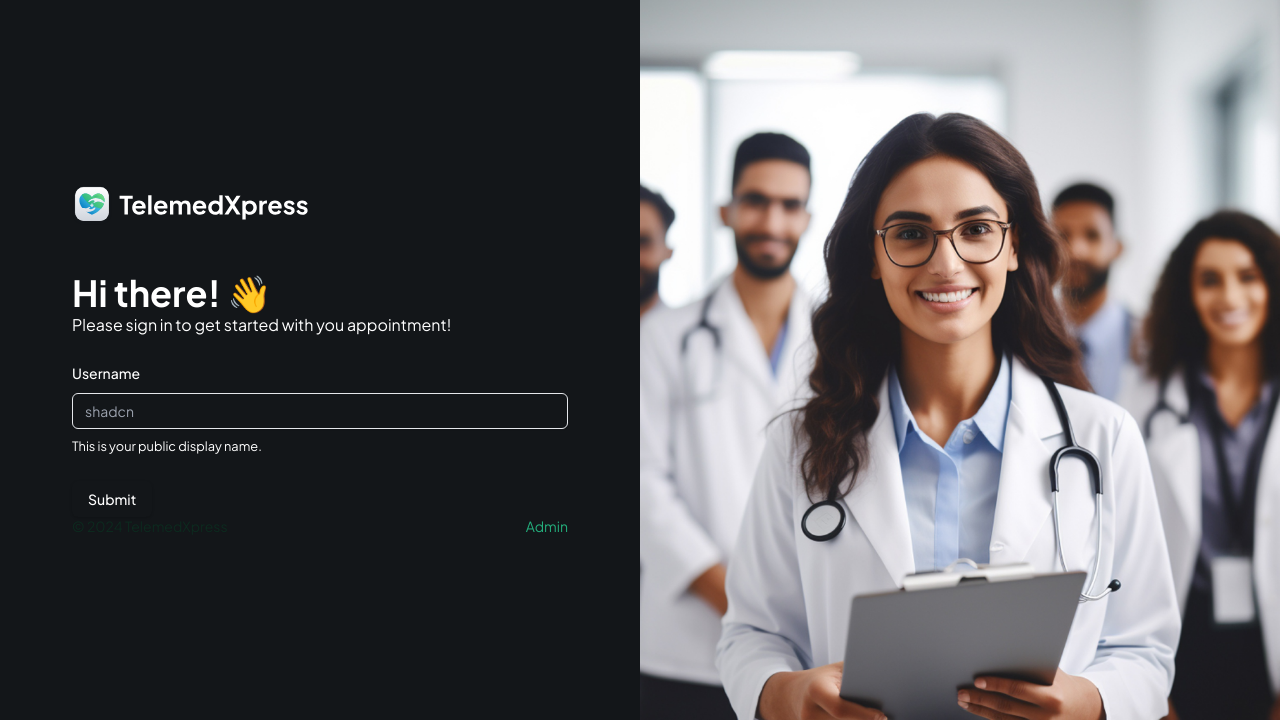
Repository: Carlito-Pedida/telemed
Page: /
The author's editor kept a copy of each file at every save. The page is drawn from the files as they stood at one save, then again after a run of saves.
The browser window is 1280 px wide. The pictures show the whole page.
The project was rebuilt for these pictures with package versions that can differ from the ones it lists, and the page was loaded fresh each time. The framework's server and built-in components were replaced by stand-ins that run in the browser. Also part of the build but not shown: next.config.mjs.

Above is the page before, as saved 2024-11-04 17:03:07.

### app/layout.tsx
import type { Metadata } from "next";
import { Plus_Jakarta_Sans } from "next/font/google";
import "./globals.css";
import { cn } from "@/lib/utils";
import { ThemeProvider } from "@/components/theme-provider";

const fontSans = Plus_Jakarta_Sans({
  subsets: ["latin"],
  weight: ["300", "400", "500", "600", "700"],
  variable: "--font-sans"
});

export const metadata: Metadata = {
  title: "TelemedXpress",
  description: "An Online Healthcare Resource"
};

export default function RootLayout({
  children
}: Readonly<{
  children: React.ReactNode;
}>) {
  return (
    <html lang="en">
      <body
        className={cn(
          "min-h-screen bg-dark-300 font-sans antialiased",
          fontSans.variable
        )}
      >
        <ThemeProvider
          attribute="class"
          defaultTheme="dark"
          enableSystem
          disableTransitionOnChange
        >
          {children}
        </ThemeProvider>
      </body>
    </html>
  );
}

### app/page.tsx
import PatientForm from "@/components/forms/PatientForm";
import Image from "next/image";
import Link from "next/link";

export default function Home() {
  return (
    <div className="flex h-screen max-h-screen">
      {/* {TODO: OTP Verification | PasskeyModal} */}
      <section className="remove-scrollbar container my-auto">
        <div className="sub-container max-w-[496px]">
          <Image
            src="/assets/icons/logo-full.svg"
            alt="patient"
            width={1000}
            height={1000}
            className="mb-12 h-10 w-fit"
          />

          <PatientForm />

          <div className="text-14-regular mt--20 flex justify-between">
            <p className="justify-items-end text-green-600 xl:text-left">
              © 2024 TelemedXpress
            </p>
            <Link href="/?admin=true" className="text-green-500">
              Admin
            </Link>
          </div>
        </div>
      </section>

      <Image
        src="/assets/images/onboarding-img.png"
        alt="patient"
        width={1000}
        height={1000}
        className="side-img max-w-[50%]"
      />
    </div>
  );
}

### lib/utils.ts
import { type ClassValue, clsx } from "clsx";
import { twMerge } from "tailwind-merge";

export function cn(...inputs: ClassValue[]) {
  return twMerge(clsx(inputs));
}

export const parseStringify = (value: any) => JSON.parse(JSON.stringify(value));

export const convertFileToUrl = (file: File) => URL.createObjectURL(file);

// FORMAT DATE TIME
export const formatDateTime = (dateString: Date | string) => {
  const dateTimeOptions: Intl.DateTimeFormatOptions = {
    // weekday: "short", // abbreviated weekday name (e.g., 'Mon')
    month: "short", // abbreviated month name (e.g., 'Oct')
    day: "numeric", // numeric day of the month (e.g., '25')
    year: "numeric", // numeric year (e.g., '2023')
    hour: "numeric", // numeric hour (e.g., '8')
    minute: "numeric", // numeric minute (e.g., '30')
    hour12: true // use 12-hour clock (true) or 24-hour clock (false)
  };

  const dateDayOptions: Intl.DateTimeFormatOptions = {
    weekday: "short", // abbreviated weekday name (e.g., 'Mon')
    year: "numeric", // numeric year (e.g., '2023')
    month: "2-digit", // abbreviated month name (e.g., 'Oct')
    day: "2-digit" // numeric day of the month (e.g., '25')
  };

  const dateOptions: Intl.DateTimeFormatOptions = {
    month: "short", // abbreviated month name (e.g., 'Oct')
    year: "numeric", // numeric year (e.g., '2023')
    day: "numeric" // numeric day of the month (e.g., '25')
  };

  const timeOptions: Intl.DateTimeFormatOptions = {
    hour: "numeric", // numeric hour (e.g., '8')
    minute: "numeric", // numeric minute (e.g., '30')
    hour12: true // use 12-hour clock (true) or 24-hour clock (false)
  };

  const formattedDateTime: string = new Date(dateString).toLocaleString(
    "en-US",
    dateTimeOptions
  );

  const formattedDateDay: string = new Date(dateString).toLocaleString(
    "en-US",
    dateDayOptions
  );

  const formattedDate: string = new Date(dateString).toLocaleString(
    "en-US",
    dateOptions
  );

  const formattedTime: string = new Date(dateString).toLocaleString(
    "en-US",
    timeOptions
  );

  return {
    dateTime: formattedDateTime,
    dateDay: formattedDateDay,
    dateOnly: formattedDate,
    timeOnly: formattedTime
  };
};

export function encryptKey(passkey: string) {
  return btoa(passkey);
}

export function decryptKey(passkey: string) {
  return atob(passkey);
}

### components/forms/PatientForm.tsx
"use client";

import { zodResolver } from "@hookform/resolvers/zod";
import { useForm } from "react-hook-form";
import { z } from "zod";

import { Button } from "@/components/ui/button";
import {
  Form,
  FormControl,
  FormDescription,
  FormField,
  FormItem,
  FormLabel,
  FormMessage
} from "@/components/ui/form";
import { Input } from "@/components/ui/input";

const formSchema = z.object({
  username: z.string().min(2).max(50)
});

const PatientForm = () => {
  // 1. Define your form.
  const form = useForm<z.infer<typeof formSchema>>({
    resolver: zodResolver(formSchema),
    defaultValues: {
      username: ""
    }
  });

  // 2. Define a submit handler.
  function onSubmit(values: z.infer<typeof formSchema>) {
    // Do something with the form values.
    // ✅ This will be type-safe and validated.
    console.log(values);
  }
  return (
    <div>
      <Form {...form}>
        <form
          onSubmit={form.handleSubmit(onSubmit)}
          className="space-y-6 flex-1"
        >
          <section>
            <h1 className="header">Hi there! 👋 </h1>
            <p>Please sign in to get started with you appointment!</p>
          </section>
          <FormField
            control={form.control}
            name="username"
            render={({ field }) => (
              <FormItem>
                <FormLabel>Username</FormLabel>
                <FormControl>
                  <Input placeholder="shadcn" {...field} />
                </FormControl>
                <FormDescription>
                  This is your public display name.
                </FormDescription>
                <FormMessage />
              </FormItem>
            )}
          />
          <Button type="submit">Submit</Button>
        </form>
      </Form>
    </div>
  );
};

export default PatientForm;

### components/ui/button.tsx
import * as React from "react"
import { Slot } from "@radix-ui/react-slot"
import { cva, type VariantProps } from "class-variance-authority"

import { cn } from "@/lib/utils"

const buttonVariants = cva(
  "inline-flex items-center justify-center gap-2 whitespace-nowrap rounded-md text-sm font-medium ring-offset-background transition-colors focus-visible:outline-none focus-visible:ring-2 focus-visible:ring-ring focus-visible:ring-offset-2 disabled:pointer-events-none disabled:opacity-50 [&_svg]:pointer-events-none [&_svg]:size-4 [&_svg]:shrink-0",
  {
    variants: {
      variant: {
        default:
          "bg-primary text-primary-foreground shadow hover:bg-primary/90",
        destructive:
          "bg-destructive text-destructive-foreground shadow-sm hover:bg-destructive/90",
        outline:
          "border border-input bg-background shadow-sm hover:bg-accent hover:text-accent-foreground",
        secondary:
          "bg-secondary text-secondary-foreground shadow-sm hover:bg-secondary/80",
        ghost: "hover:bg-accent hover:text-accent-foreground",
        link: "text-primary underline-offset-4 hover:underline",
      },
      size: {
        default: "h-9 px-4 py-2",
        sm: "h-8 rounded-md px-3 text-xs",
        lg: "h-10 rounded-md px-8",
        icon: "h-9 w-9",
      },
    },
    defaultVariants: {
      variant: "default",
      size: "default",
    },
  }
)

export interface ButtonProps
  extends React.ButtonHTMLAttributes<HTMLButtonElement>,
    VariantProps<typeof buttonVariants> {
  asChild?: boolean
}

const Button = React.forwardRef<HTMLButtonElement, ButtonProps>(
  ({ className, variant, size, asChild = false, ...props }, ref) => {
    const Comp = asChild ? Slot : "button"
    return (
      <Comp
        className={cn(buttonVariants({ variant, size, className }))}
        ref={ref}
        {...props}
      />
    )
  }
)
Button.displayName = "Button"

export { Button, buttonVariants }

### components/ui/form.tsx
"use client"

import * as React from "react"
import * as LabelPrimitive from "@radix-ui/react-label"
import { Slot } from "@radix-ui/react-slot"
import {
  Controller,
  ControllerProps,
  FieldPath,
  FieldValues,
  FormProvider,
  useFormContext,
} from "react-hook-form"

import { cn } from "@/lib/utils"
import { Label } from "@/components/ui/label"

const Form = FormProvider

type FormFieldContextValue<
  TFieldValues extends FieldValues = FieldValues,
  TName extends FieldPath<TFieldValues> = FieldPath<TFieldValues>
> = {
  name: TName
}

const FormFieldContext = React.createContext<FormFieldContextValue>(
  {} as FormFieldContextValue
)

const FormField = <
  TFieldValues extends FieldValues = FieldValues,
  TName extends FieldPath<TFieldValues> = FieldPath<TFieldValues>
>({
  ...props
}: ControllerProps<TFieldValues, TName>) => {
  return (
    <FormFieldContext.Provider value={{ name: props.name }}>
      <Controller {...props} />
    </FormFieldContext.Provider>
  )
}

const useFormField = () => {
  const fieldContext = React.useContext(FormFieldContext)
  const itemContext = React.useContext(FormItemContext)
  const { getFieldState, formState } = useFormContext()

  const fieldState = getFieldState(fieldContext.name, formState)

  if (!fieldContext) {
    throw new Error("useFormField should be used within <FormField>")
  }

  const { id } = itemContext

  return {
    id,
    name: fieldContext.name,
    formItemId: `${id}-form-item`,
    formDescriptionId: `${id}-form-item-description`,
    formMessageId: `${id}-form-item-message`,
    ...fieldState,
  }
}

type FormItemContextValue = {
  id: string
}

const FormItemContext = React.createContext<FormItemContextValue>(
  {} as FormItemContextValue
)

const FormItem = React.forwardRef<
  HTMLDivElement,
  React.HTMLAttributes<HTMLDivElement>
>(({ className, ...props }, ref) => {
  const id = React.useId()

  return (
    <FormItemContext.Provider value={{ id }}>
      <div ref={ref} className={cn("space-y-2", className)} {...props} />
    </FormItemContext.Provider>
  )
})
FormItem.displayName = "FormItem"

const FormLabel = React.forwardRef<
  React.ElementRef<typeof LabelPrimitive.Root>,
  React.ComponentPropsWithoutRef<typeof LabelPrimitive.Root>
>(({ className, ...props }, ref) => {
  const { error, formItemId } = useFormField()

  return (
    <Label
      ref={ref}
      className={cn(error && "text-destructive", className)}
      htmlFor={formItemId}
      {...props}
    />
  )
})
FormLabel.displayName = "FormLabel"

const FormControl = React.forwardRef<
  React.ElementRef<typeof Slot>,
  React.ComponentPropsWithoutRef<typeof Slot>
>(({ ...props }, ref) => {
  const { error, formItemId, formDescriptionId, formMessageId } = useFormField()

  return (
    <Slot
      ref={ref}
      id={formItemId}
      aria-describedby={
        !error
          ? `${formDescriptionId}`
          : `${formDescriptionId} ${formMessageId}`
      }
      aria-invalid={!!error}
      {...props}
    />
  )
})
FormControl.displayName = "FormControl"

const FormDescription = React.forwardRef<
  HTMLParagraphElement,
  React.HTMLAttributes<HTMLParagraphElement>
>(({ className, ...props }, ref) => {
  const { formDescriptionId } = useFormField()

  return (
    <p
      ref={ref}
      id={formDescriptionId}
      className={cn("text-[0.8rem] text-muted-foreground", className)}
      {...props}
    />
  )
})
FormDescription.displayName = "FormDescription"

const FormMessage = React.forwardRef<
  HTMLParagraphElement,
  React.HTMLAttributes<HTMLParagraphElement>
>(({ className, children, ...props }, ref) => {
  const { error, formMessageId } = useFormField()
  const body = error ? String(error?.message) : children

  if (!body) {
    return null
  }

  return (
    <p
      ref={ref}
      id={formMessageId}
      className={cn("text-[0.8rem] font-medium text-destructive", className)}
      {...props}
    >
      {body}
    </p>
  )
})
FormMessage.displayName = "FormMessage"

export {
  useFormField,
  Form,
  FormItem,
  FormLabel,
  FormControl,
  FormDescription,
  FormMessage,
  FormField,
}

### components/ui/input.tsx
import * as React from "react"

import { cn } from "@/lib/utils"

export interface InputProps
  extends React.InputHTMLAttributes<HTMLInputElement> {}

const Input = React.forwardRef<HTMLInputElement, InputProps>(
  ({ className, type, ...props }, ref) => {
    return (
      <input
        type={type}
        className={cn(
          "flex h-9 w-full rounded-md border border-input bg-transparent px-3 py-1 text-sm shadow-sm transition-colors file:border-0 file:bg-transparent file:text-sm file:font-medium file:text-foreground placeholder:text-muted-foreground focus-visible:outline-none focus-visible:ring-1 focus-visible:ring-ring disabled:cursor-not-allowed disabled:opacity-50",
          className
        )}
        ref={ref}
        {...props}
      />
    )
  }
)
Input.displayName = "Input"

export { Input }

### components/ui/label.tsx
"use client"

import * as React from "react"
import * as LabelPrimitive from "@radix-ui/react-label"
import { cva, type VariantProps } from "class-variance-authority"

import { cn } from "@/lib/utils"

const labelVariants = cva(
  "text-sm font-medium leading-none peer-disabled:cursor-not-allowed peer-disabled:opacity-70"
)

const Label = React.forwardRef<
  React.ElementRef<typeof LabelPrimitive.Root>,
  React.ComponentPropsWithoutRef<typeof LabelPrimitive.Root> &
    VariantProps<typeof labelVariants>
>(({ className, ...props }, ref) => (
  <LabelPrimitive.Root
    ref={ref}
    className={cn(labelVariants(), className)}
    {...props}
  />
))
Label.displayName = LabelPrimitive.Root.displayName

export { Label }

### tailwind.config.ts
import type { Config } from "tailwindcss";

const { fontFamily } = require("tailwindcss/defaultTheme");

const config = {
  darkMode: ["class"],
  content: [
    "./pages/**/*.{ts,tsx}",
    "./components/**/*.{ts,tsx}",
    "./app/**/*.{ts,tsx}",
    "./src/**/*.{ts,tsx}"
  ],
  prefix: "",
  theme: {
    container: {
      center: true,
      padding: "2rem",
      screens: {
        "2xl": "1400px"
      }
    },
    extend: {
      colors: {
        green: {
          500: "#24AE7C",
          600: "#0D2A1F"
        },
        blue: {
          500: "#79B5EC",
          600: "#152432"
        },
        red: {
          500: "#F37877",
          600: "#3E1716",
          700: "#F24E43"
        },
        light: {
          200: "#E8E9E9"
        },
        dark: {
          200: "#0D0F10",
          300: "#131619",
          400: "#1A1D21",
          500: "#363A3D",
          600: "#76828D",
          700: "#ABB8C4"
        }
      },
      fontFamily: {
        sans: ["var(--font-sans)", ...fontFamily.sans]
      },
      backgroundImage: {
        appointments: "url('/assets/images/appointments-bg.png')",
        pending: "url('/assets/images/pending-bg.png')",
        cancelled: "url('/assets/images/cancelled-bg.png')"
      },
      keyframes: {
        "accordion-down": {
          from: { height: "0" },
          to: { height: "var(--radix-accordion-content-height)" }
        },
        "accordion-up": {
          from: { height: "var(--radix-accordion-content-height)" },
          to: { height: "0" }
        },
        "caret-blink": {
          "0%,70%,100%": { opacity: "1" },
          "20%,50%": { opacity: "0" }
        }
      },
      animation: {
        "accordion-down": "accordion-down 0.2s ease-out",
        "accordion-up": "accordion-up 0.2s ease-out",
        "caret-blink": "caret-blink 1.25s ease-out infinite"
      }
    }
  },
  plugins: [require("tailwindcss-animate")]
} satisfies Config;

export default config;

Loaded but not shown: app/globals.css (common file); components/theme-provider.tsx (common file)

After the next 2 saves:
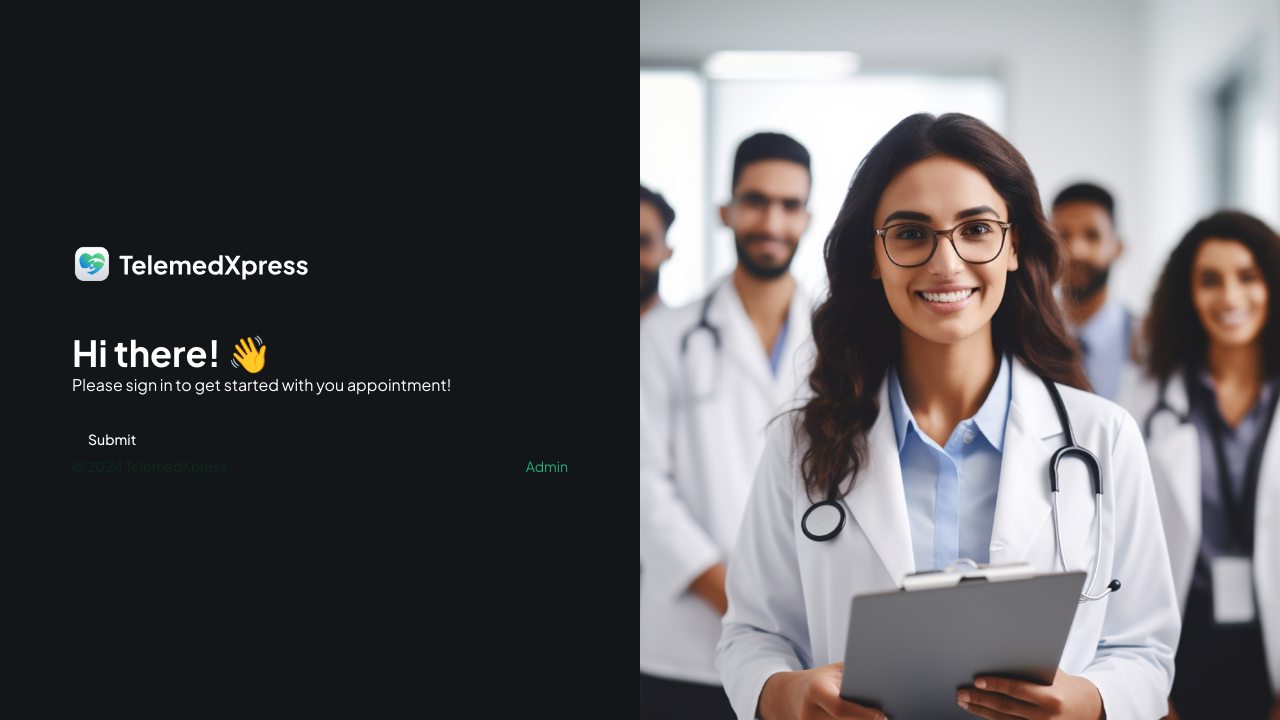
The 2 saves are shown as one change because 1 did not build or start.
The last was saved 55 s later.
--- a/components/forms/PatientForm.tsx
+++ b/components/forms/PatientForm.tsx
@@ -5,15 +5,7 @@ import { useForm } from "react-hook-form";
 import { z } from "zod";
 
 import { Button } from "@/components/ui/button";
-import {
-  Form,
-  FormControl,
-  FormDescription,
-  FormField,
-  FormItem,
-  FormLabel,
-  FormMessage
-} from "@/components/ui/form";
+import { Form } from "@/components/ui/form";
 import { Input } from "@/components/ui/input";
 
 const formSchema = z.object({
@@ -46,22 +38,7 @@ const PatientForm = () => {
             <h1 className="header">Hi there! 👋 </h1>
             <p>Please sign in to get started with you appointment!</p>
           </section>
-          <FormField
-            control={form.control}
-            name="username"
-            render={({ field }) => (
-              <FormItem>
-                <FormLabel>Username</FormLabel>
-                <FormControl>
-                  <Input placeholder="shadcn" {...field} />
-                </FormControl>
-                <FormDescription>
-                  This is your public display name.
-                </FormDescription>
-                <FormMessage />
-              </FormItem>
-            )}
-          />
+
           <Button type="submit">Submit</Button>
         </form>
       </Form>
